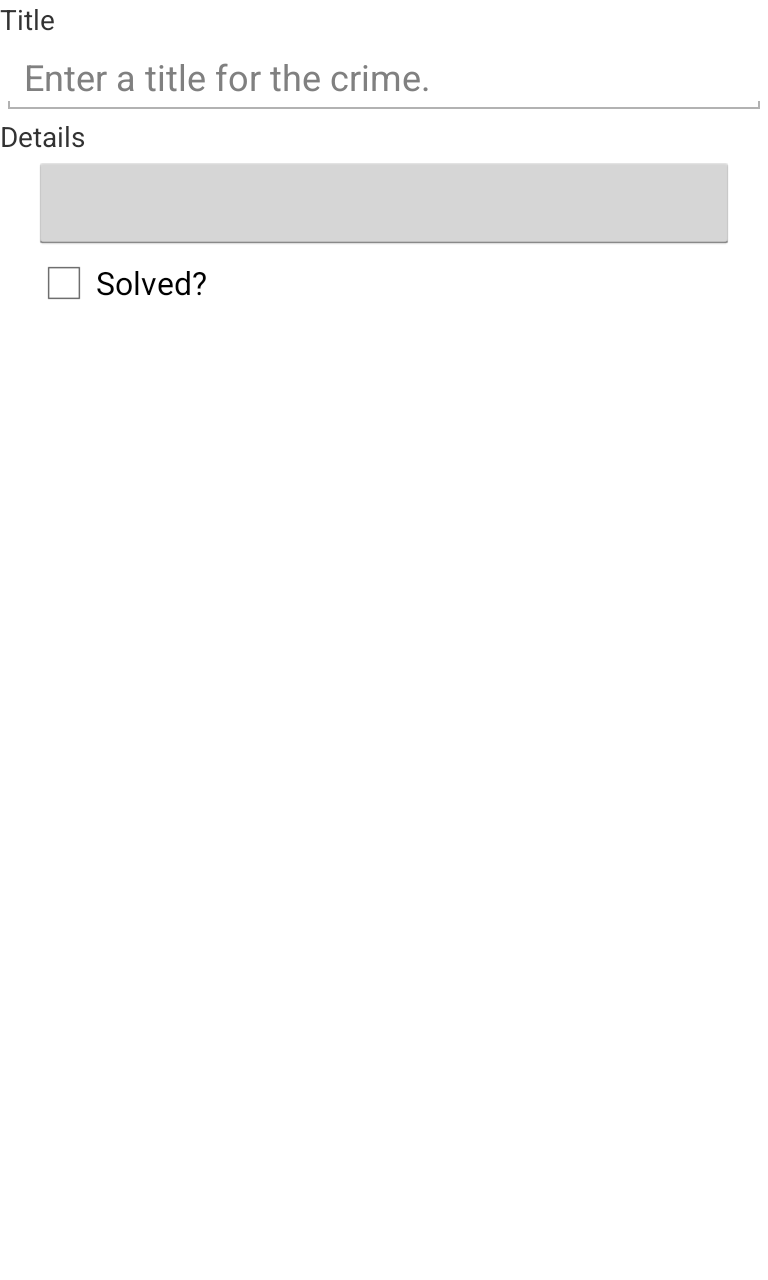
Repository: ag993/UofL_Android_Homework
Layout: homework5/Criminal Intent/res/layout/fragment_crime.xml
The author's editor kept a copy of each file at every save. The layout is drawn from the files as they stood at one save, then again after the next save.
It is drawn on a 768 x 1280 px phone screen (xhdpi) without system bars, with theme AppTheme; the app's code is not run.

Above is the layout before, as saved 2013-10-21 20:08:30.

After the next save:
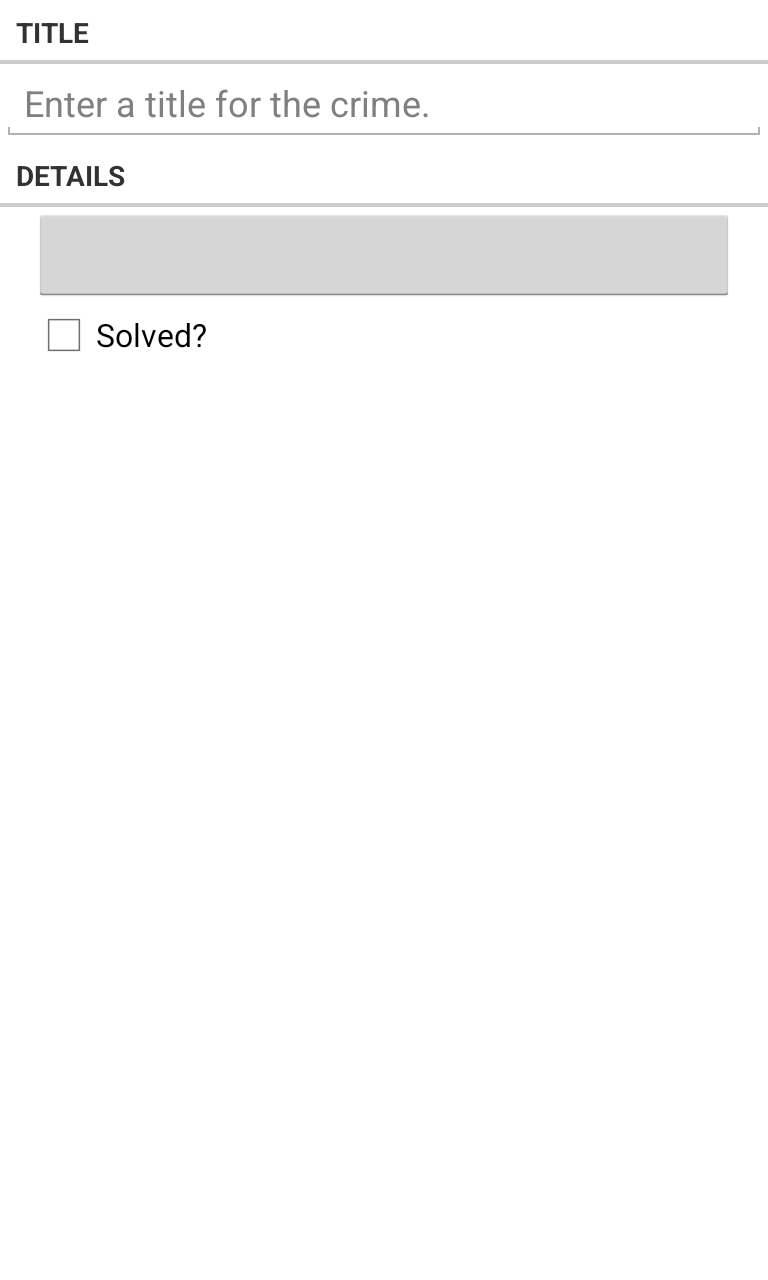
Saved 79 s later.
--- a/homework5/Criminal Intent/res/layout/fragment_crime.xml
+++ b/homework5/Criminal Intent/res/layout/fragment_crime.xml
@@ -8,7 +8,7 @@
         android:layout_width="match_parent"
         android:layout_height="wrap_content"
         android:text="@string/crime_title_label"
-        style="?android:listSeperatorTextViewStyle"
+        style="?android:listSeparatorTextViewStyle"
         />
 
     <EditText
@@ -21,7 +21,7 @@
         android:layout_width="match_parent"
         android:layout_height="wrap_content"
         android:text="@string/crime_details_label"
-        style="?android:listSeperatorTextViewStyle"
+        style="?android:listSeparatorTextViewStyle"
         />
 
     <Button
